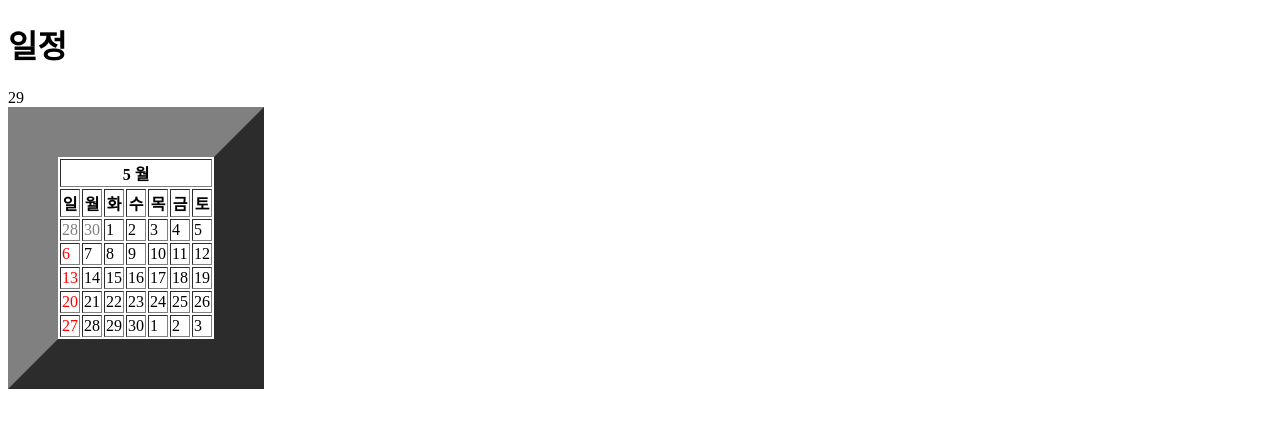
Repository: ssleap/multicampusIoT
Page: workspace190520/edu1/WebContent/workshop.html
The author's editor kept a copy of each file at every save. The page is drawn from the files as they stood at one save, then again after the next save.
The browser window is 1280 px wide. The pictures show the whole page.

Above is the page before, as saved 2019-05-20 07:37:55.

### workspace190520/edu1/WebContent/workshop.html
<!DOCTYPE html>
<html>
<head>
<meta charset="UTF-8">
<meta name = "viewport" content ="width=device-width, initial-scale=1">
<title>달력</title>
</head>
<body>
	<h1>일정</h1>

	<table border = "50">
		<tr><th colspan = "7">5 월</th></tr>
		<tr><th>일</th><th>월</th><th>화</th><th>수</th>
		<th>목</th><th>금</th><th>토</th></tr>
		<tr>
			<td style = "color : grey">28</td>29<td style = "color : grey">30</td>
			<td>1</td><td>2</td>
			<td>3</td><td>4</td>
			<td>5</td>
		</tr>
		<tr>
			<td style = "color : red">6</td><td>7</td>
			<td>8</td><td>9</td>
			<td>10</td><td>11</td>
			<td>12</td>
		</tr>
		<tr>
			<td style = "color : red">13</td><td>14</td>
			<td>15</td><td>16</td>
			<td>17</td><td>18</td>
			<td>19</td>
		</tr>
		<tr>
			<td style = "color : red">20</td><td>21</td>
			<td>22</td><td>23</td>
			<td>24</td><td>25</td>
			<td>26</td>
		</tr>
		<tr>
			<td style = "color : red">27</td><td>28</td>
			<td>29</td><td>30</td>
			<td>1</td><td>2</td>
			<td>3</td>
		</tr>
	</table>
</body>
</html>

After the next save:
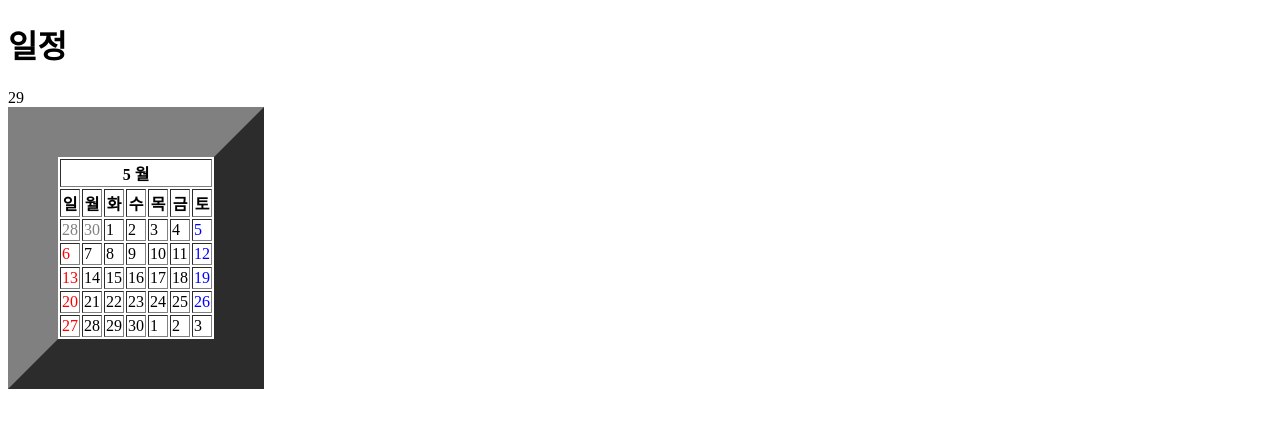
Saved 105 s later.
--- a/workspace190520/edu1/WebContent/workshop.html
+++ b/workspace190520/edu1/WebContent/workshop.html
@@ -16,25 +16,25 @@
 			<td style = "color : grey">28</td>29<td style = "color : grey">30</td>
 			<td>1</td><td>2</td>
 			<td>3</td><td>4</td>
-			<td>5</td>
+			<td style = "color : blue">5</td>
 		</tr>
 		<tr>
 			<td style = "color : red">6</td><td>7</td>
 			<td>8</td><td>9</td>
 			<td>10</td><td>11</td>
-			<td>12</td>
+			<td style = "color : blue">12</td>
 		</tr>
 		<tr>
 			<td style = "color : red">13</td><td>14</td>
 			<td>15</td><td>16</td>
 			<td>17</td><td>18</td>
-			<td>19</td>
+			<td style = "color : blue">19</td>
 		</tr>
 		<tr>
 			<td style = "color : red">20</td><td>21</td>
 			<td>22</td><td>23</td>
 			<td>24</td><td>25</td>
-			<td>26</td>
+			<td style = "color : blue">26</td>
 		</tr>
 		<tr>
 			<td style = "color : red">27</td><td>28</td>
